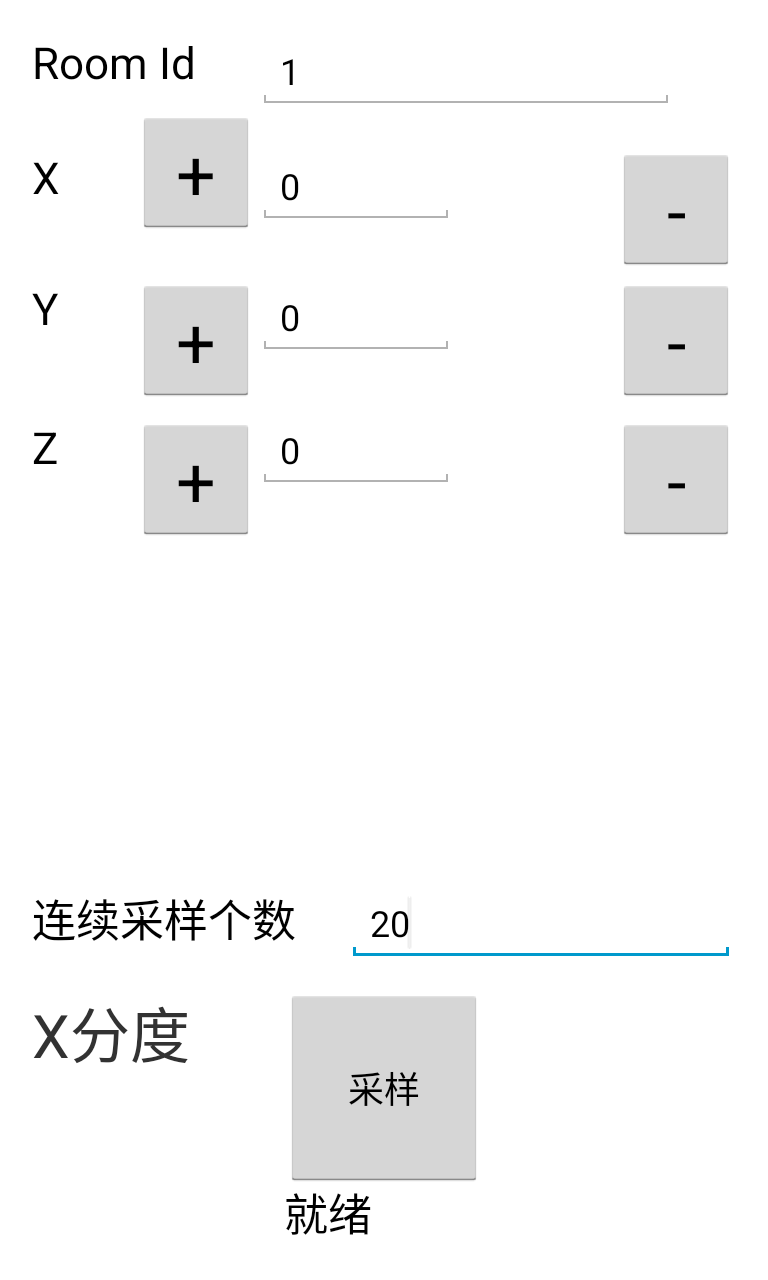
Repository: RenchuSong/tMap_Android
Layout: tmap_model_tool/res/layout/wifi_conllector.xml
The author's editor kept a copy of each file at every save. The layout is drawn from the files as they stood at one save, then again after the next save.
It is drawn on a 768 x 1280 px phone screen (xhdpi) without system bars, with theme AppTheme; the app's code is not run.

Above is the layout before, as saved 2014-04-21 11:38:15.

After the next save:
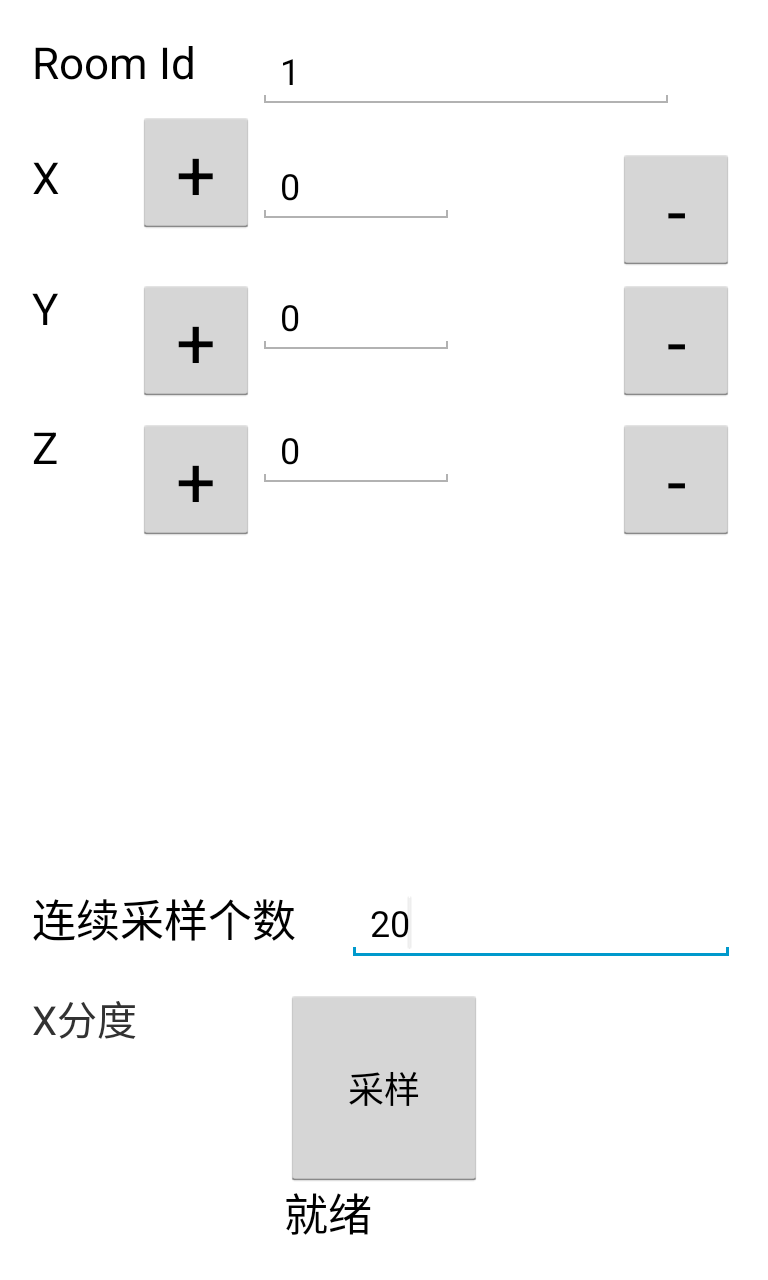
Saved 8 s later.
--- a/tmap_model_tool/res/layout/wifi_conllector.xml
+++ b/tmap_model_tool/res/layout/wifi_conllector.xml
@@ -193,7 +193,7 @@
         android:layout_height="wrap_content"
         android:layout_alignLeft="@+id/textView5"
         android:layout_alignTop="@+id/scan"
-        android:textSize="30sp"
+        android:textSize="20sp"
         android:text="X分度" />
 
 </RelativeLayout>
